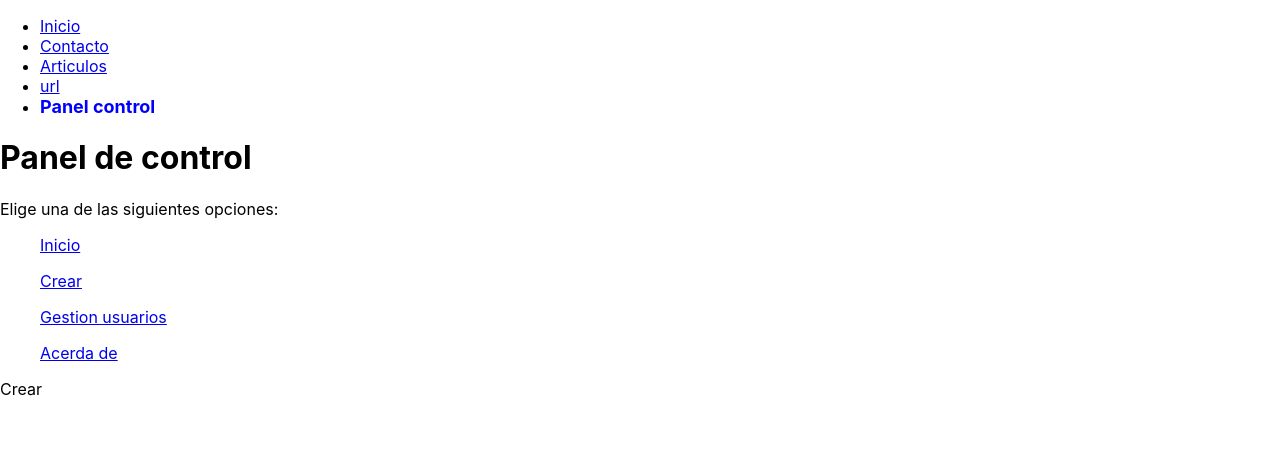
Repository: DamianBermudez94/react-router
Page: /panel/crear
These files come from the project's save history. The page is drawn as it stood at one moment and after the next save; the edit follows.
The browser window is 1280 px wide. The pictures show the whole page.
The project was rebuilt for these pictures with package versions that can differ from the ones it lists, and the page was loaded fresh each time. Also part of the build but not shown: src/components/Inicio.js, src/components/Articulos.js, src/components/Contacto.js, src/components/Error.js, src/components/ParametrosRutas.js, src/components/panel/Acerda.js, src/components/panel/Gestion.js.

Above is the page before, as saved 2023-05-01 10:13:50.

### src/App.js

import './App.css';
import { RouterPrincipal } from './routers/RouterPrincipal';

function App() {
  return (
    <RouterPrincipal/>
  );
}

export default App;

### src/App.css
.App {
  text-align: center;
}

.App-logo {
  height: 40vmin;
  pointer-events: none;
}

@media (prefers-reduced-motion: no-preference) {
  .App-logo {
    animation: App-logo-spin infinite 20s linear;
  }
}

.App-header {
  background-color: #282c34;
  min-height: 100vh;
  display: flex;
  flex-direction: column;
  align-items: center;
  justify-content: center;
  font-size: calc(10px + 2vmin);
  color: white;
}

.App-link {
  color: #61dafb;
}
.activado{
  font-size: 18px;
  text-decoration: none;
  color: blue;
  font-weight: bold;


}
@keyframes App-logo-spin {
  from {
    transform: rotate(0deg);
  }
  to {
    transform: rotate(360deg);
  }
}

### src/routers/RouterPrincipal.js
import React from 'react'
import { Routes, Route, NavLink, BrowserRouter, Navigate} from "react-router-dom";
import { Inicio } from '../components/Inicio'
import { Articulos } from '../components/Articulos';
import { Contacto } from '../components/Contacto';
import { Error } from '../components/Error'
import { ParametrosRutas } from '../components/ParametrosRutas';
import { PanelControl } from '../components/PanelControl';
import { Acerda } from '../components/panel/Acerda';
import { InicioPanel } from '../components/panel/Inicio';
import { Gestion } from '../components/panel/Gestion';
import { Crear } from '../components/panel/Crear';
export const RouterPrincipal = () => {
  return (
    <div>
        <BrowserRouter>
            <nav>
                <ul>
                  <li>
                      <NavLink to="/inicio" className={({isActive}) => isActive ?   "activado" : "" }>
                      Inicio
                      </NavLink></li>
                  <li>
                      <NavLink to="/contacto"  className={({isActive}) =>       isActive ? "activado" : "" }>
                      Contacto
                      </NavLink>
                    </li>
                  <li>
                      <NavLink to="/articulos"  className={({isActive}) => isActive ? "activado" : "" }>
                      Articulos
                      </NavLink>
                    </li>
                    <li>
                      <NavLink to="/persona"  className={({isActive}) => isActive ? "activado" : "" }>
                      url
                      </NavLink>
                    </li>

                    <li>
                      <NavLink to="/panel"  className={({isActive}) => isActive ? "activado" : "" }>
                      Panel control
                      </NavLink>
                    </li>
                </ul>
            </nav>
            <Routes>
                <Route path='/' element={<Inicio/>}/>
                <Route path='/inicio' element={<Inicio/>}/>
                <Route path='/contacto' element={<Contacto/>}/>
                <Route path='/articulos' element={<Articulos />}/>
                <Route path='/persona/:nombre/:apellido' element={<ParametrosRutas/>}/>
                <Route path='/persona/:nombre' element={<ParametrosRutas/>}/>
                <Route path='/persona' element={<ParametrosRutas/>}/>
                <Route path='/redirigir' element={<Navigate to="/persona/damian/bermudez"/>}/>
                <Route path='*' element={<Error/>}/>
                <Route path='/panel/*' element={<PanelControl/>}>
                    <Route index element={<InicioPanel/>}/>
                    <Route path='inicio' element={<InicioPanel/>}/>
                    <Route path='crear' element={<Crear/>}/>
                    <Route path='gestio-usuarios' element={<Gestion/>}/>
                    <Route path='acerda-de' element={<Acerda/>}/>
                </Route>
            </Routes>

        </BrowserRouter>

    </div>
  )
}

### src/components/PanelControl.js
import React from 'react'
import { NavLink, Outlet } from 'react-router-dom'

export const PanelControl = () => {
  return (
    <div>
        <h1>Panel de control</h1>
        <span>Elige una de las siguientes opciones:</span>
        <nav>
            <ul>
                <NavLink to="/panel/inicio">Inicio</NavLink>
            </ul>
            <ul>
                <NavLink to="/panel/crear">Crear</NavLink>
            </ul>
            <ul>
                <NavLink to="/panel/gestion-usuarios">Gestion usuarios</NavLink>
            </ul>
            <ul>
                <NavLink to="/panel/acerda-de">Acerda de</NavLink>
            </ul>
        </nav>
        <div>
            {/*Contenedor donde se van a mostar las sub rutas*/}
            <Outlet/>
        </div>
    </div>
  )
}

### src/components/panel/Crear.js
import React from 'react'

export const Crear = () => {
  return (
    <div>Crear</div>
  )
}

Loaded but not shown: public/index.html (common file); src/index.js (common file); src/index.css (common file); src/components/panel/Inicio.js (no stored copy; drawn as an empty file)

After the next save:
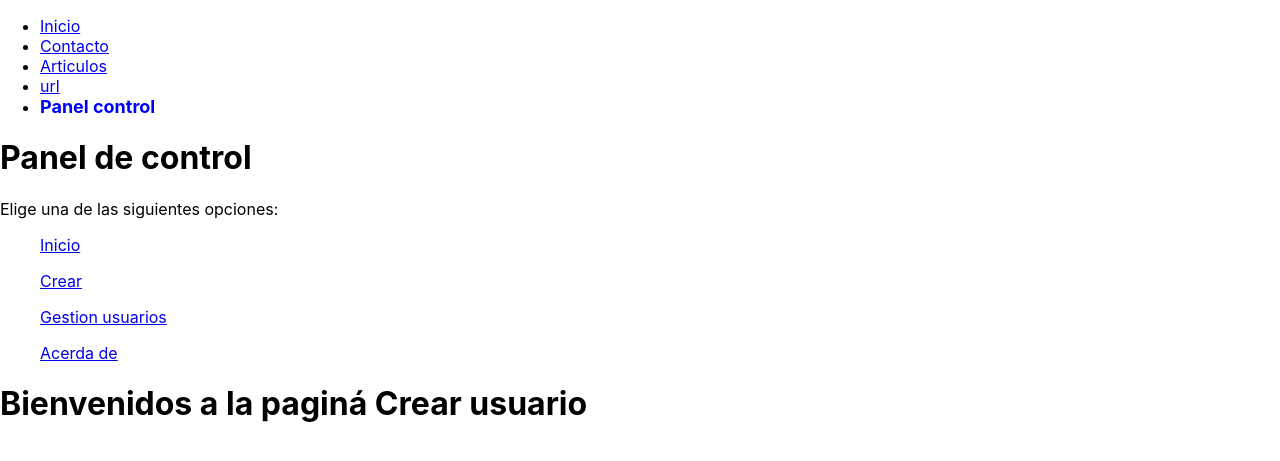
Saved 18 s later.
--- a/src/components/panel/Crear.js
+++ b/src/components/panel/Crear.js
@@ -2,6 +2,8 @@ import React from 'react'
 
 export const Crear = () => {
   return (
-    <div>Crear</div>
+    <div>
+         <h1>Bienvenidos a la paginá <strong>Crear usuario</strong></h1>
+    </div>
   )
 }
